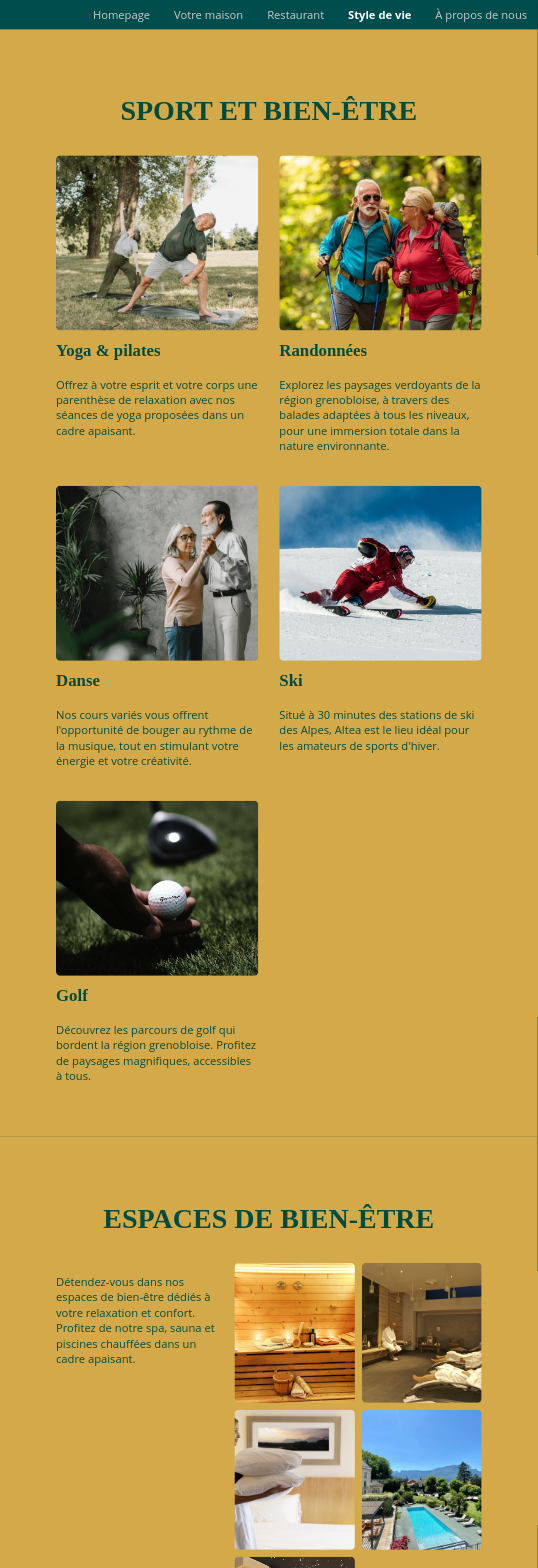
Repository: Rahimzeeeer/alteaaaa
Page: style.html
The author's editor kept a copy of each file at every save. The page is drawn from the files as they stood at one save, then again after the next save.
The browser window is 768 px wide. The pictures show the part of the page from y = 0 to 2240 px (the page is 3866 px tall), at 70% of full size.

Above is the page before, as saved 2025-08-11 19:00:23.

After the next save:
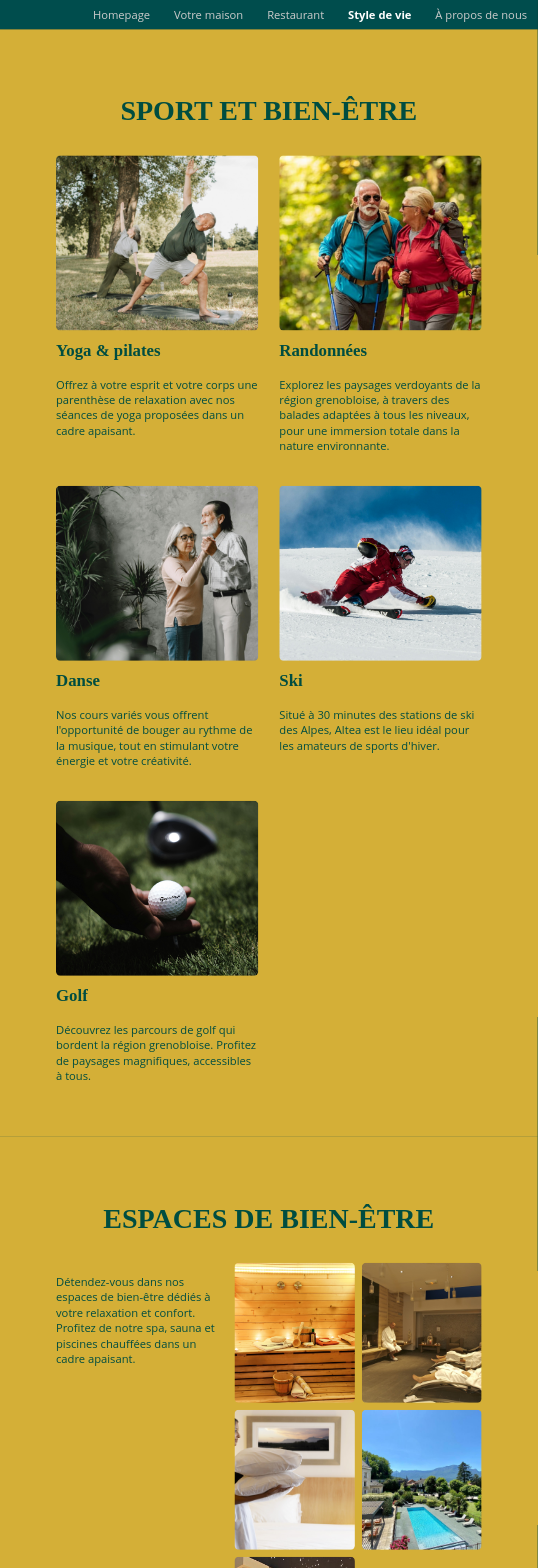
Saved 42 s later.
--- a/style.css
+++ b/style.css
@@ -626,3 +626,68 @@ body{
     object-fit: cover;
     border-radius: 6px;
 }
+
+.gold-bg {
+  background-color: #d4af37; /* jaune doré */
+  color: #004d40; /* texte vert foncé */
+}
+
+.apropos {
+  padding: 60px 5%;
+}
+
+.apropos h2 {
+  font-family: serif;
+  font-size: 2.5rem;
+  text-align: center;
+  margin-bottom: 50px;
+}
+
+.apropos-grid {
+  display: flex;
+  justify-content: space-between;
+  gap: 30px;
+}
+
+.apropos-item {
+  background-color: #004d40; /* vert foncé */
+  color: white;
+  border-radius: 8px;
+  overflow: hidden;
+  flex: 1;
+  display: flex;
+  flex-direction: column;
+}
+
+.apropos-item img {
+  width: 100%;
+  height: 250px;
+  object-fit: cover;
+}
+
+.apropos-text {
+  padding: 20px;
+}
+
+.apropos-text h3 {
+  font-size: 1.4rem;
+  margin-bottom: 10px;
+  font-family: serif;
+}
+
+.apropos-text p,
+.apropos-text ul {
+  font-size: 0.95rem;
+  line-height: 1.5;
+}
+
+.apropos-text ul {
+  list-style-type: disc;
+  padding-left: 20px;
+}
+
+@media (max-width: 900px) {
+  .apropos-grid {
+    flex-direction: column;
+  }
+}
